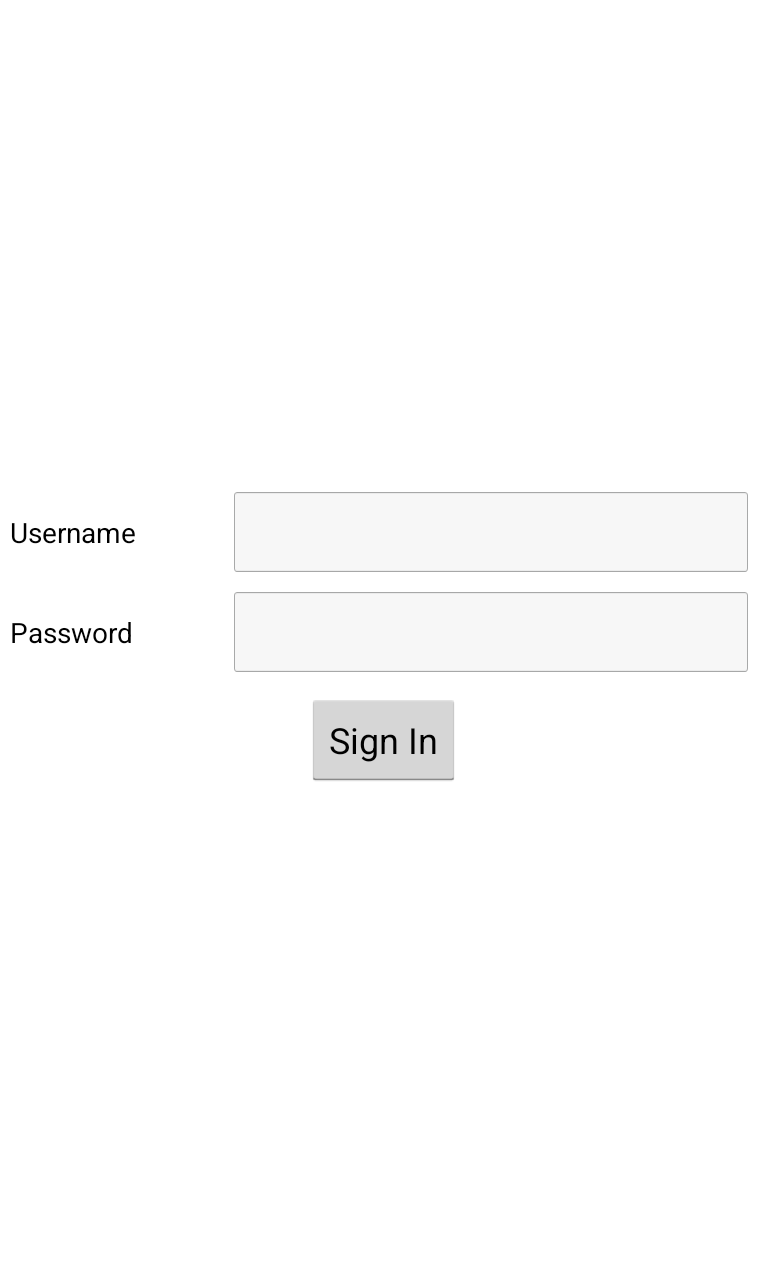
Repository: pankajk7/hotel_mockup
Layout: Hotel_MockUp/res/layout/login_layout.xml
The author's editor kept a copy of each file at every save. The layout is drawn from the files as they stood at one save, then again after the next save.
It is drawn on a 768 x 1280 px phone screen (xhdpi) without system bars, with theme AppTheme; the app's code is not run.

Above is the layout before, as saved 2014-11-05 11:49:23.

After the next save:
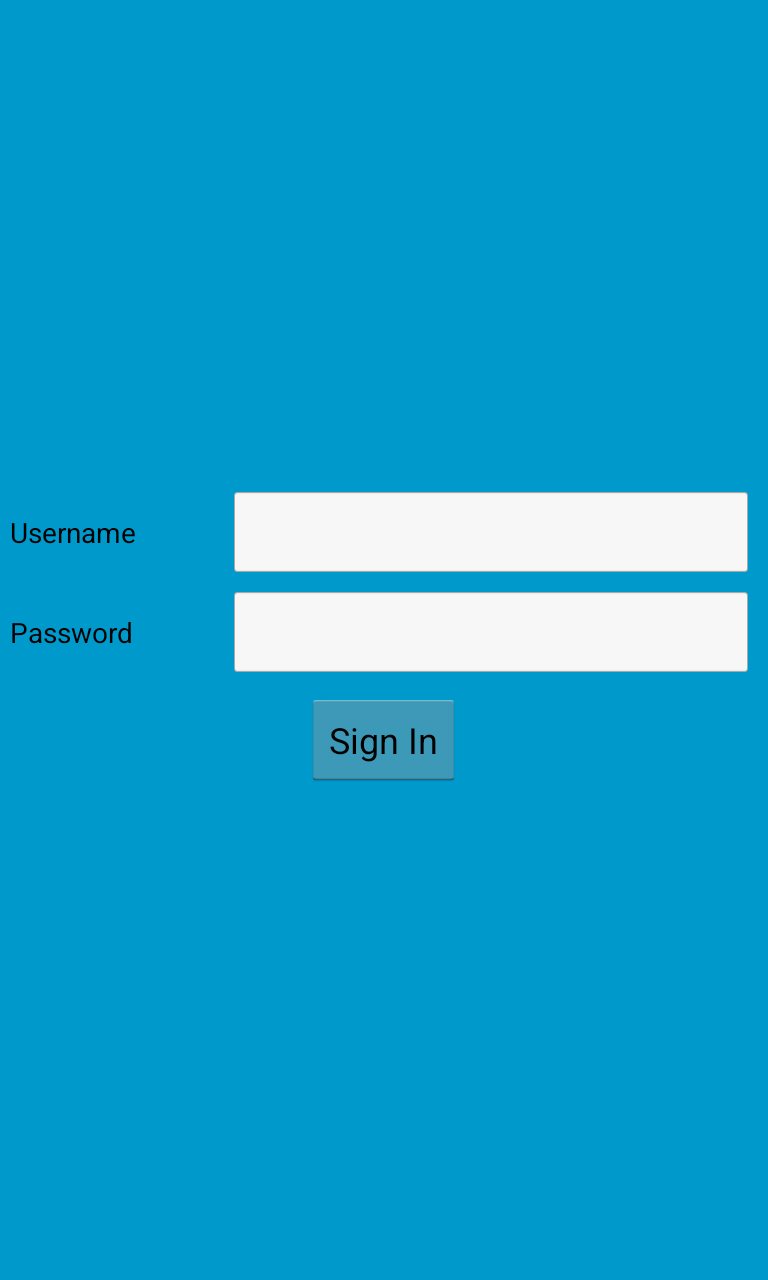
Saved 5 s later.
--- a/Hotel_MockUp/res/layout/login_layout.xml
+++ b/Hotel_MockUp/res/layout/login_layout.xml
@@ -4,7 +4,7 @@
     android:layout_height="fill_parent"
     android:orientation="vertical"
     android:gravity="center"
-    android:background="#fff">
+    android:background="@color/lightBlue">
 
 
 
